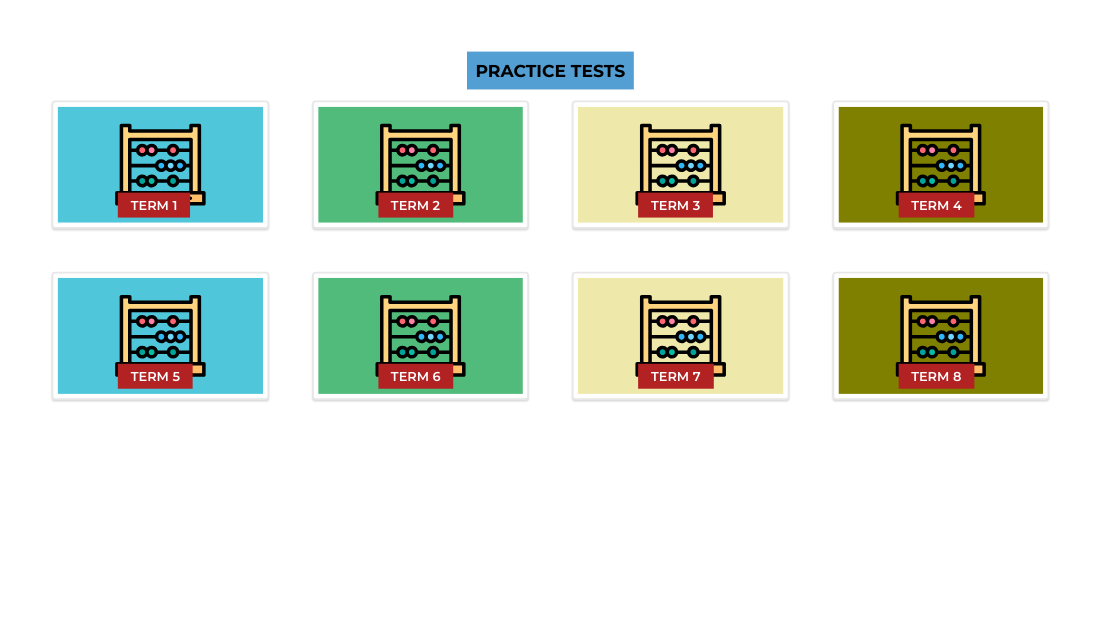
Repository: GauravBrahmbhatt/Psquare
Page: /
An editor plug-in stored every save of this project. The page is shown before and after a run of saves, followed by the edit.
The browser window is 1280 px wide. The pictures show the whole page, at 86% of full size.
The project was rebuilt for these pictures with package versions that can differ from the ones it lists, and the page was loaded fresh each time. Also part of the build but not shown: src/pages/PaperList/Level1List.js, src/pages/PaperList/Level3List.js, src/pages/TestLoader.js, src/pages/timer.js, src/pages/TestPapers/level1.js, src/pages/TestPapers/level2.js, src/pages/RandomGenerator/RandomGenerator2D.js, src/pages/RandomGenerator/RandomGeneratorD.js and 8 more.

Above is the page before, as saved 2020-07-26 18:59:27.

After the next 4 saves:
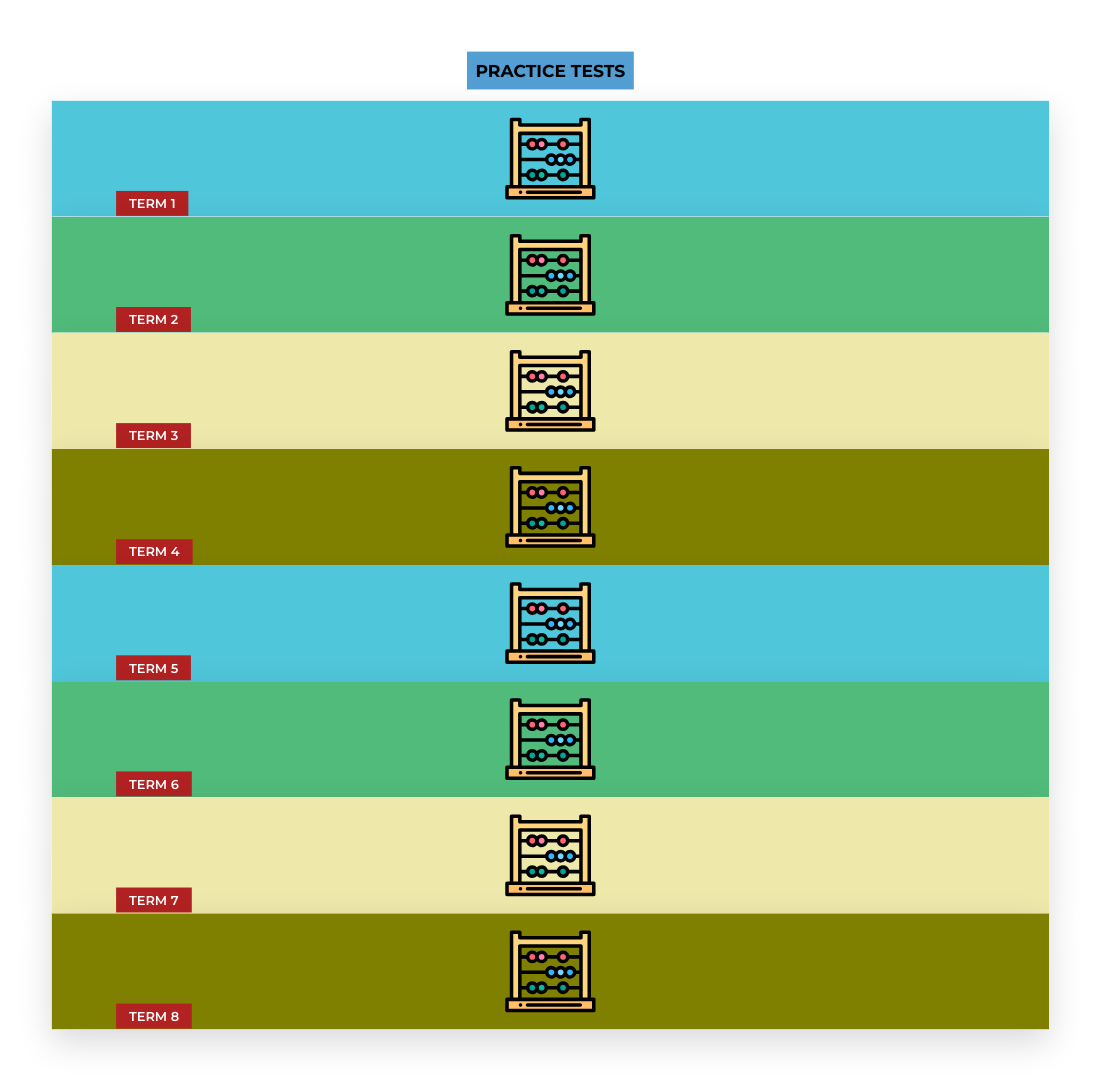
The 4 saves are shown as one change because 2 did not build or start and some came seconds apart.
The last was saved 52 s later.
--- a/src/styleSheets/main.scss
+++ b/src/styleSheets/main.scss
@@ -191,29 +191,27 @@ img {
     animation-direction: alternate;
   }
 }
-
+/*
 .cards {
   display: grid;
   grid-template-columns: repeat(
     auto-fill,
     minmax(200px, 1fr)
-  ); /* see notes below */
+  );
   grid-auto-rows: minmax(120px, auto);
   grid-gap: 5rem;
   z-index: 5;
 }
 
 .card {
-  /*height: 200px;*/
-  /*background: red;*/
+
   border: 2px solid #e7e7e7;
   border-radius: 4px;
   padding: 0.5rem;
   -webkit-box-shadow: 0 2px 2px rgba(0, 0, 0, 0.15);
   box-shadow: 0 2px 2px rgba(0, 0, 0, 0.15);
   display: flex;
-  /* -webkit-box-orient: vertical; */
-  /* -webkit-box-direction: normal; */
+
   -ms-flex-direction: column;
   flex-direction: column;
   position: relative;
